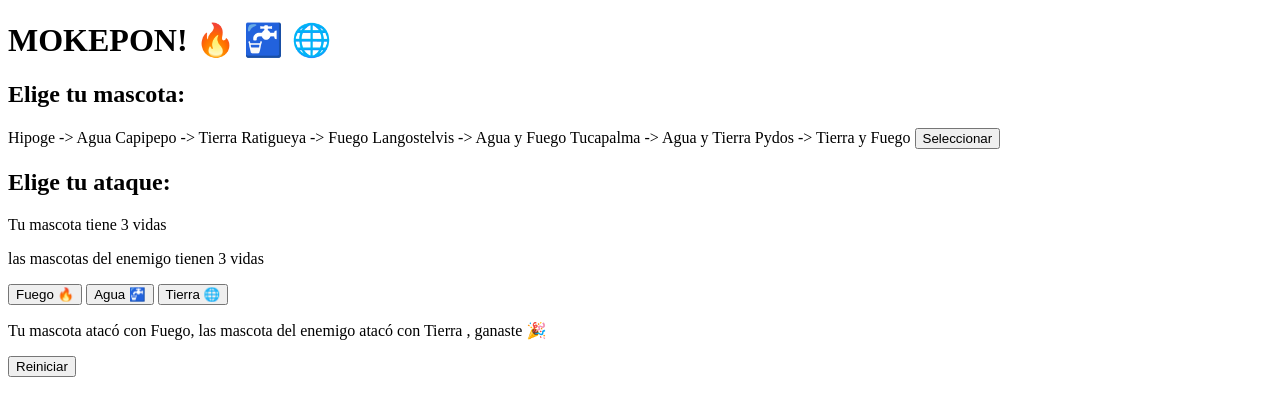
Repository: elto82/juegoMokepon
Page: mokepon/mokepon.html
These files come from the project's save history. The page is drawn as it stood at one moment and after the next save; the edit follows.
The browser window is 1280 px wide. The pictures show the whole page.

Above is the page before, as saved 2022-07-22 20:20:22.

After the next save:
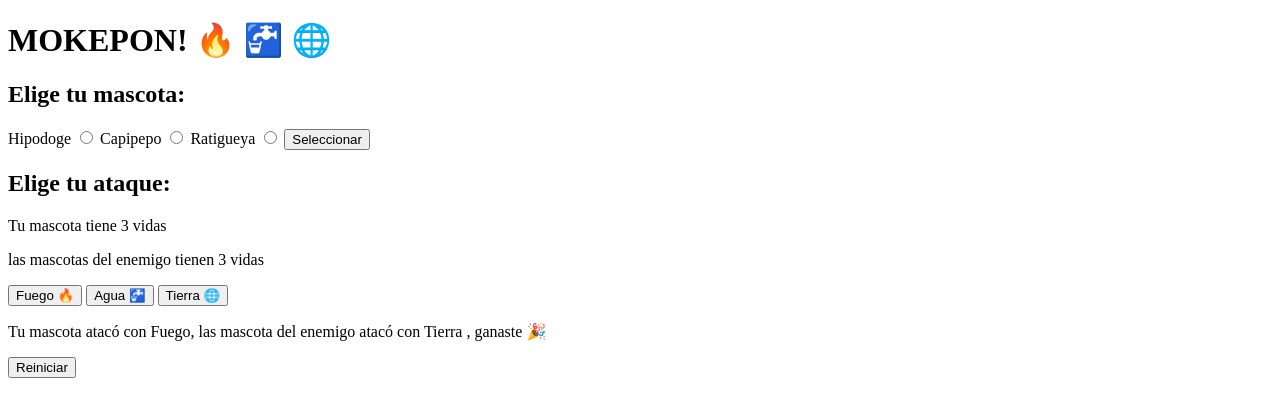
Saved 9 min 16 s later.
--- a/mokepon/mokepon.html
+++ b/mokepon/mokepon.html
@@ -14,12 +14,15 @@
   <section id="seleccionar-mascota">
     <h2>Elige tu mascota:</h2>
 
-    Hipoge -> Agua
-    Capipepo -> Tierra
-    Ratigueya -> Fuego
-    Langostelvis -> Agua y Fuego
-    Tucapalma -> Agua y Tierra
-    Pydos -> Tierra y Fuego
+    <label for="">Hipodoge</label>
+    <input type="radio" name="mascota" id="hipodoge">
+
+    <label for="">Capipepo</label>
+    <input type="radio" name="mascota" id="capipepo">
+
+    <label for="">Ratigueya</label>
+    <input type="radio" name="mascota" id="ratigueya">
+
 
     <button>Seleccionar</button>
   </section>
